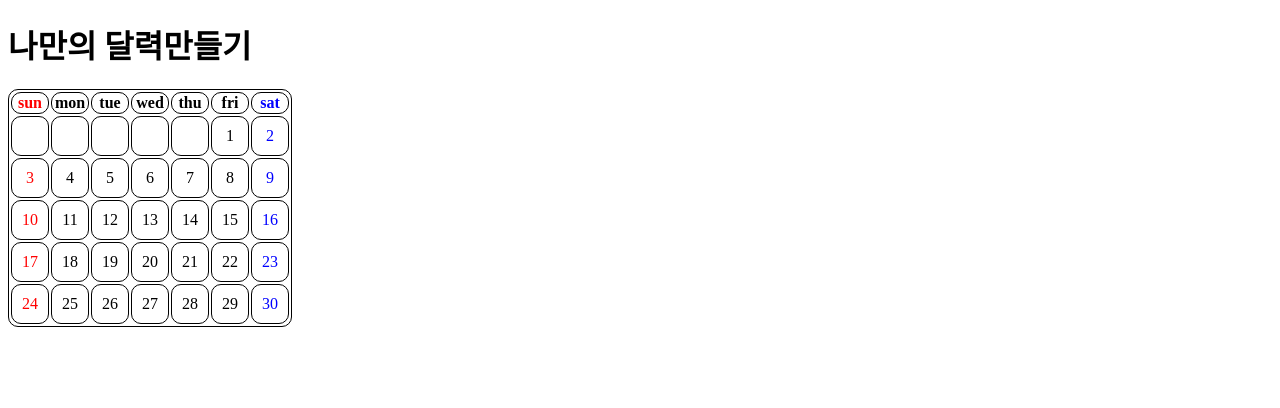
Repository: rong9835/spc2026
Page: homework/calendar.html
An editor plug-in stored every save of this project. The page is shown before and after the next save, followed by the edit.
The browser window is 1280 px wide. The pictures show the whole page.

Above is the page before, as saved 2026-04-22 22:52:02.

After the next save:
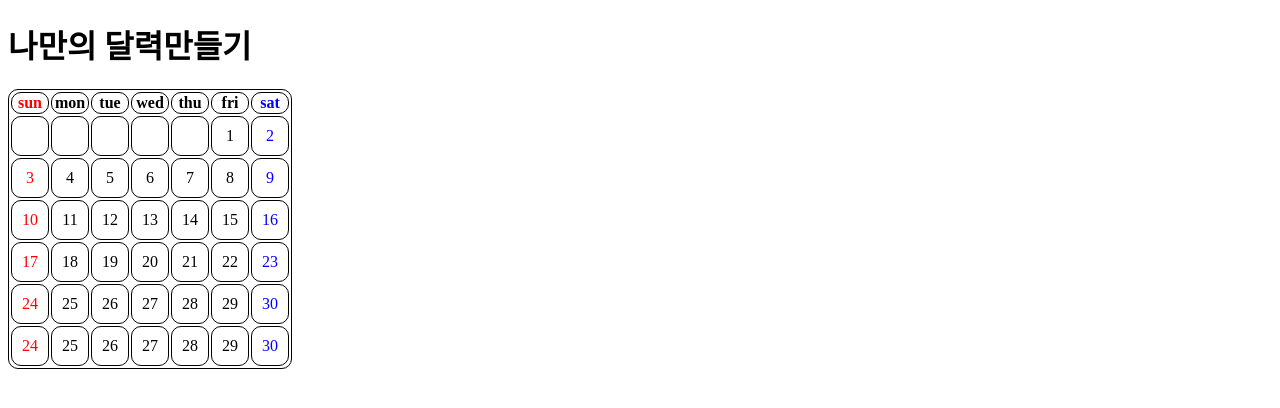
Saved 37 s later.
--- a/homework/calendar.html
+++ b/homework/calendar.html
@@ -63,6 +63,15 @@
         <td>29</td>
         <td>30</td>
       </tr>
+      <tr>
+        <td>24</td>
+        <td>25</td>
+        <td>26</td>
+        <td>27</td>
+        <td>28</td>
+        <td>29</td>
+        <td>30</td>
+      </tr>
     </table>
   </body>
 </html>
